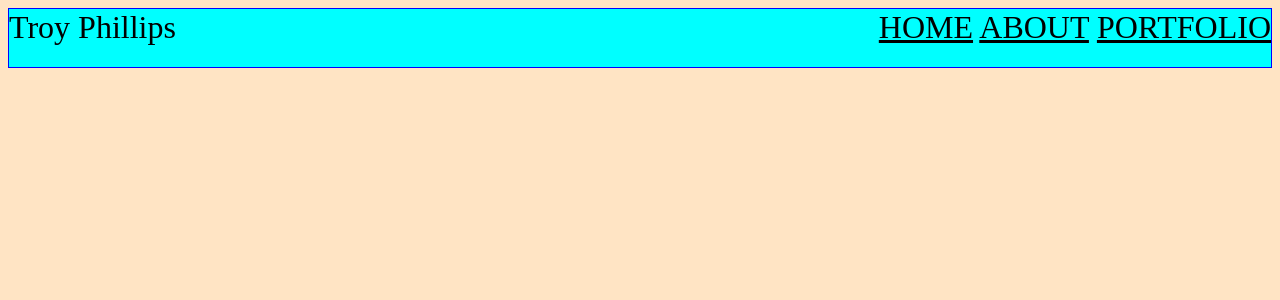
Repository: TheTroyPhillips/Personal-website
Page: index.html
These files come from the project's save history. The page is drawn as it stood at one moment and after a run of saves; the edit follows.
The browser window is 1280 px wide. The pictures show the whole page.

Above is the page before, as saved 2023-09-10 22:10:24.

### index.html
<!DOCTYPE html>
<html lang="en">
<head>
    <meta charset="UTF-8">
    <meta name="viewport" content="width=device-width, initial-scale=1.0">
    <title>Document</title>
    <link rel="stylesheet" href="style.css">
</head>
<body>

    <div class="parent">
        <div class="child">
            <span class="myname">Troy Phillips</span>
        <nav class="pages">
            <a class="active" href="/">HOME</a>
            <a href="/about.html">ABOUT</a>
            <a href="/portfolio.html">PORTFOLIO</a>
        </div>

    </div>

</body>
</html>

### style.css
.child{
    width: 100%;
    height: 60px;
    border: 1px solid blue;
    display: inline-block;
    box-sizing: border-box;
    background-color: aqua;
}
.myname{
    float: left;
    font-size: 2rem;
}
.pages{
    float: right;
    font-size: 2rem;
}
.pages a.active{
    color: inherit;
}
.pages a{
    color: inherit;
}
body{
    background-color: bisque;
}

After the next 3 saves:
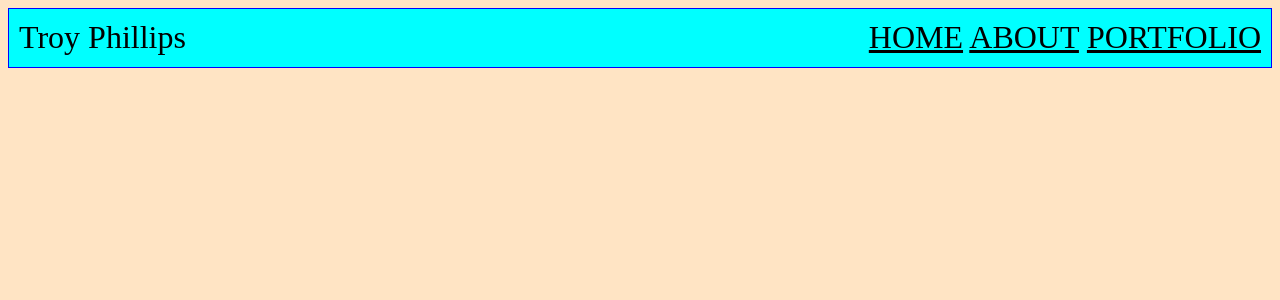
The 3 saves are shown as one change because they came seconds apart.
The last was saved 48 s later.
--- a/style.css
+++ b/style.css
@@ -5,6 +5,7 @@
     display: inline-block;
     box-sizing: border-box;
     background-color: aqua;
+    padding: 10px;
 }
 .myname{
     float: left;
